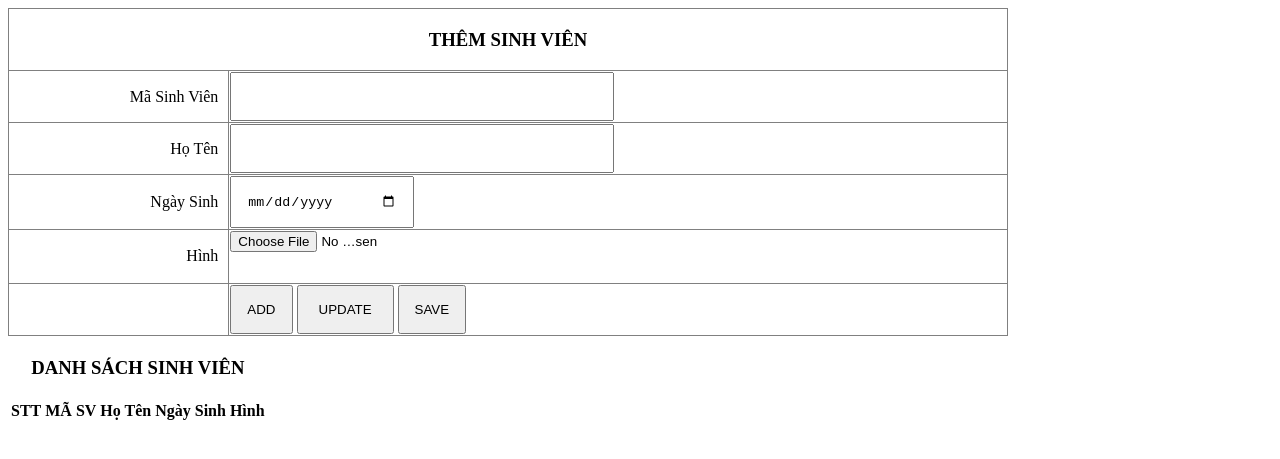
Repository: Tan-Khang21/TH_TKW--Buoi_04
Page: Bai_Tap_Mau/Bai_04/Bai_04.html
These files come from the project's save history. The page is drawn as it stood at one moment and after the next save; the edit follows.
The browser window is 1280 px wide. The pictures show the whole page.

Above is the page before, as saved 2024-03-06 10:05:19.

After the next save:
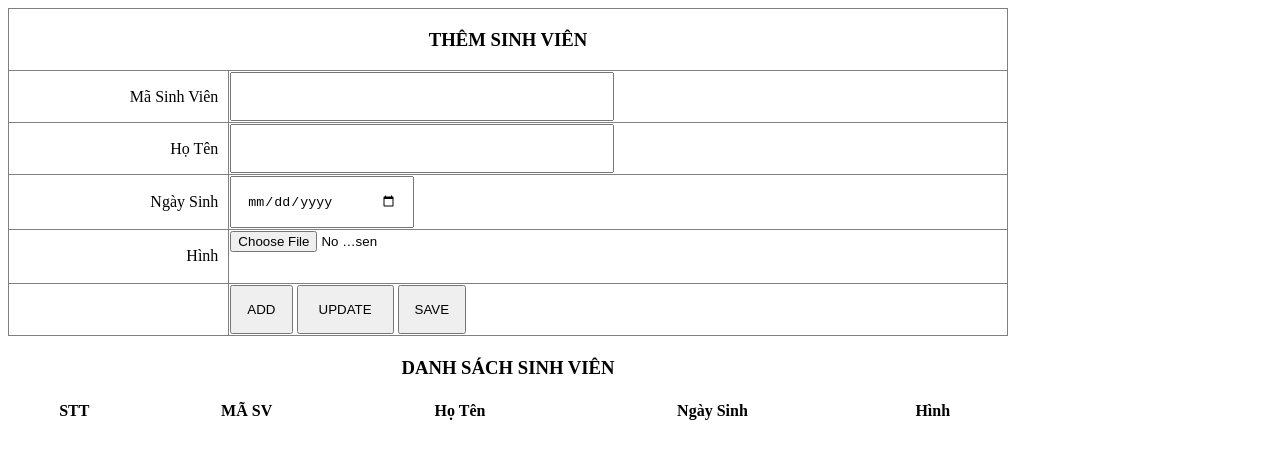
Saved 35 s later.
--- a/Bai_Tap_Mau/Bai_04/Bai_04.html
+++ b/Bai_Tap_Mau/Bai_04/Bai_04.html
@@ -33,7 +33,7 @@
             <input type="button" value="SAVE" style=" padding: 15px;"></td>
         </tr>
     </table>
-    <table>
+    <table style="width: 1000px; border: 1px;">
         <tr>
             <th colspan="5" ><h3 style="text-transform: uppercase;">Danh Sách Sinh Viên</h3></th>
         </tr>
